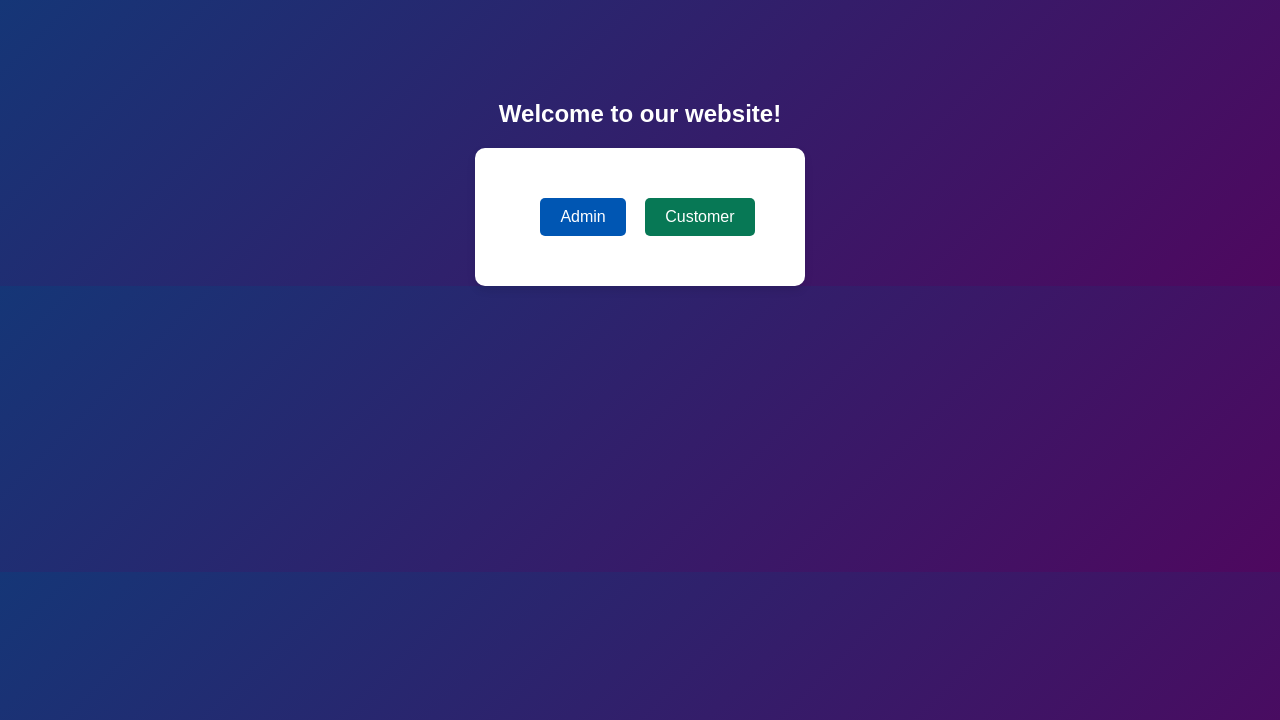
Repository: gauravraj08/bankingSystemJspServlet
Page: http://localhost/BankMangementSystem/
These files come from the project's save history. The page is drawn as it stood at one moment and after the next save; the edit follows.
The browser window is 1280 px wide. The pictures show the whole page.
The pointer rests on the first visible `button`.
The page is served by Tomcat 9. Other server files are loaded and not shown.

Above is the page before, as saved 2024-04-20 20:57:40.

### BankMangementSystem/src/main/webapp/index.jsp
<!DOCTYPE html>
<html>
<head>
    <title>Welcome</title>
    <link rel="stylesheet" type="text/css" href="css/index.css">
</head>
<style>
body {
    font-family: Arial, sans-serif;
    margin: 0;
    padding: 0;
    width: 100%;
    background: linear-gradient(135deg,#153677,#4e085f);

}

.container {
    text-align: center;
    margin-top: 100px;
}

h2 {
    color: #fff;
}

.card-container {
    display: flex;
    justify-content: center;
    margin-top: 20px;
}

.card {
    padding: 50px;
    margin: 0 10px;
    border-radius: 10px;
    background-color: #fff; /* Card background color */
    box-shadow: 0 4px 8px rgba(0, 0, 0, 0.1);
}

button {
    padding: 10px 20px;
    font-size: 16px;
    margin-left:15px;
    cursor: pointer;
    border: none;
    border-radius: 5px;
    background-color: #077855;
    color: #fff;
    transition: background-color 0.3s;
    justify-content:space-between;
}

button:hover {
    background-color: #0056b3;
}

</style>
<body>
    <div class="container">
        <h2>Welcome to our website!</h2>
        <div class="card-container">
            <form action="redirect" method="post">
                <div class="card">
                    <button type="submit" name="userType" value="admin">Admin</button>

                    <button type="submit" name="userType" value="customer">Customer</button>
                </div>
            </form>
        </div>
    </div>
</body>
</html>

### BankMangementSystem/src/main/webapp/css/index.css
body {
    font-family: Arial, sans-serif;
    background-color: #f0f0f0; /* Background color */
    margin: 0;
    padding: 0;
}

.container {
    text-align: center;
    margin-top: 100px; /* Adjust as needed */
}

h2 {
    color: #333;
}

.card-container {
    display: flex;
    justify-content: center;
    margin-top: 20px;
}

.card {
    padding: 20px;
    margin: 0 10px;
    border-radius: 10px;
    background-color: #fff; /* Card background color */
    box-shadow: 0 4px 8px rgba(0, 0, 0, 0.1);
}

button {
    padding: 10px 20px;
    font-size: 16px;
    cursor: pointer;
    border: none;
    border-radius: 5px;
    background-color: #007bff;
    color: #fff;
    transition: background-color 0.3s;
}

button:hover {
    background-color: #0056b3;
}

After the next save:
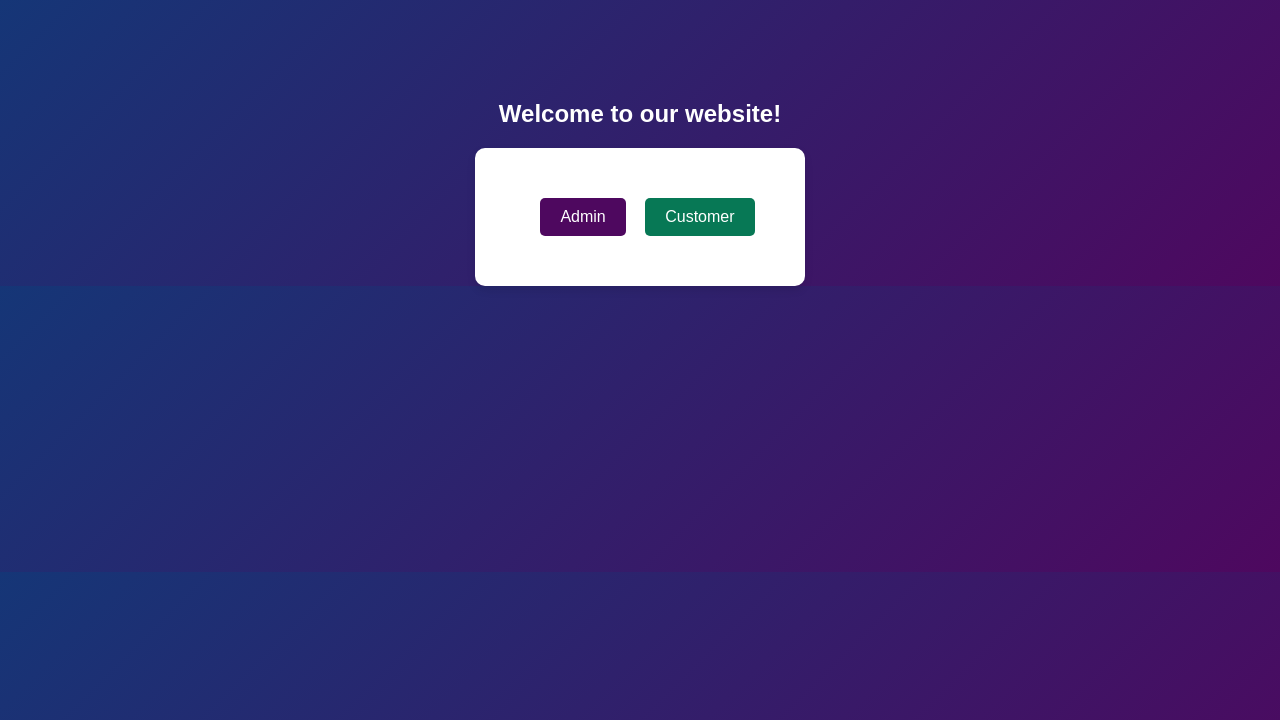
Saved 25 s later.
--- a/BankMangementSystem/src/main/webapp/index.jsp
+++ b/BankMangementSystem/src/main/webapp/index.jsp
@@ -51,7 +51,7 @@ button {
 }
 
 button:hover {
-    background-color: #0056b3;
+    background-color: #4e085f;
 }
 
 </style>
